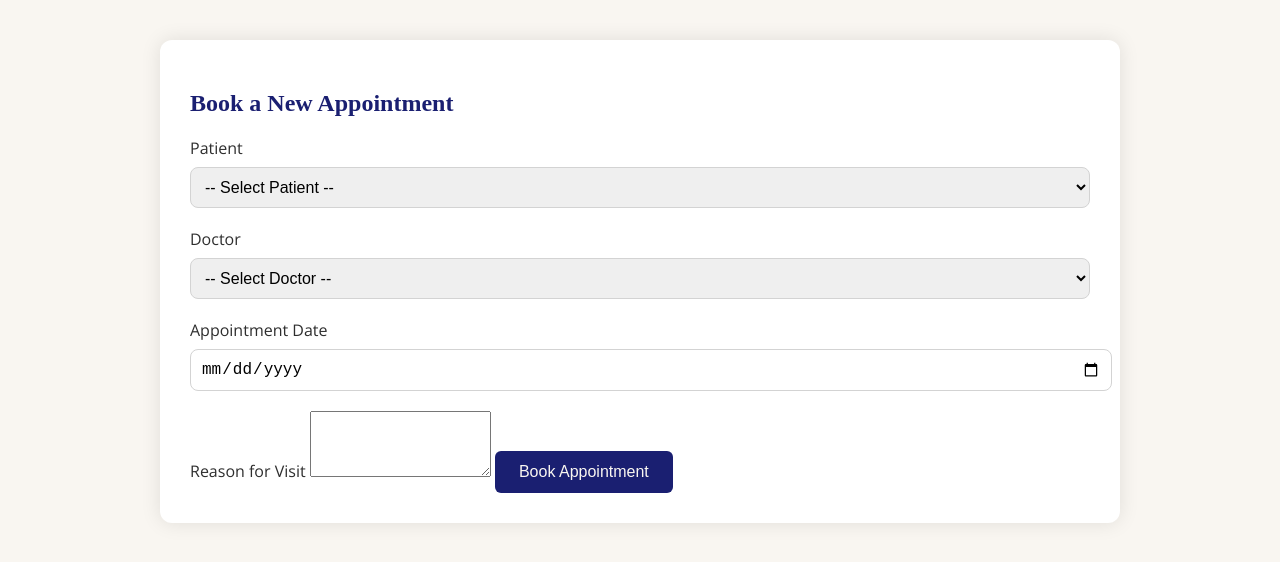
Repository: shreeshskatti/hospital_management_system
Page: http://localhost/appointments/book_appointment.php
An editor plug-in stored every save of this project. The page is shown before and after the next save, followed by the edit.
The browser window is 1280 px wide. The pictures show the whole page.
Some web fonts or font styles are not loaded; a fallback is used. The page is run by PHP 8.4 with error messages shown; the project is at /var/www/html/. The database holds what the project's SQL file puts in it.

Above is the page before, as saved 2025-05-29 20:16:29.

After the next save:
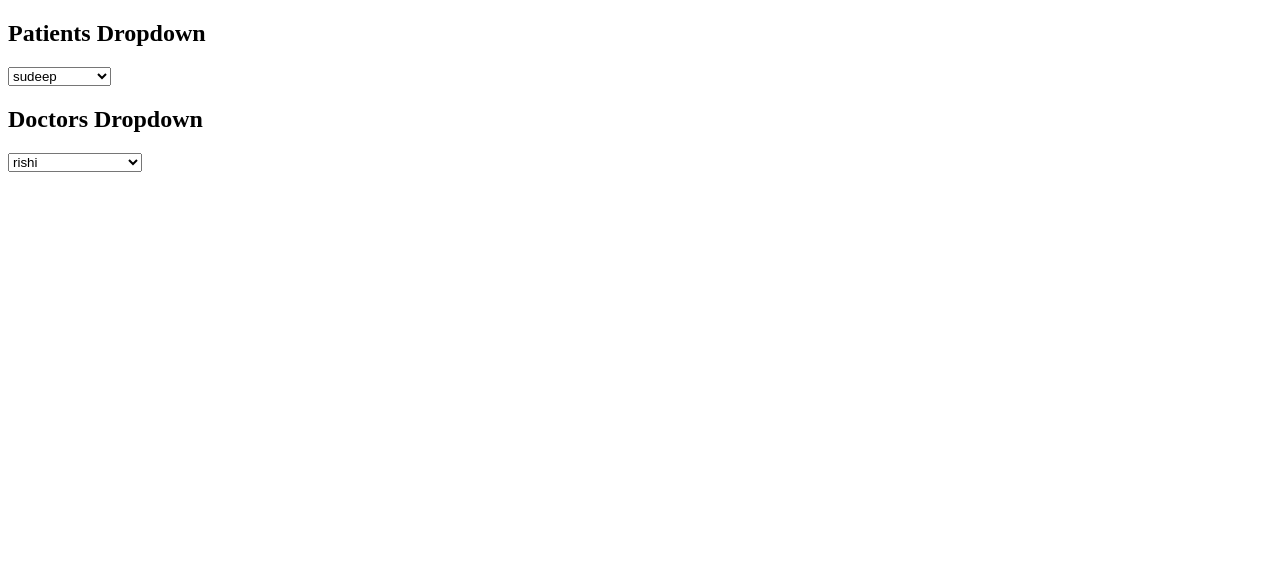
Saved 91 s later.
--- a/appointments/book_appointment.php
+++ b/appointments/book_appointment.php
@@ -1,75 +1,35 @@
 <?php
-include '../includes/db.php';  // Adjust path if needed
+include '../includes/db.php';
 
-// Fetch patients
 $patients = $conn->query("SELECT patient_id, name FROM patients");
 if (!$patients) {
     die("Error fetching patients: " . $conn->error);
 }
 
-// Fetch doctors
 $doctors = $conn->query("SELECT doctor_id, name FROM doctors");
 if (!$doctors) {
     die("Error fetching doctors: " . $conn->error);
-}
-
-if (isset($_POST['submit'])) {
-    $patient_id = $_POST['patient_id'];
-    $doctor_id = $_POST['doctor_id'];
-    $appointment_date = $_POST['appointment_date'];
-    $reason = $conn->real_escape_string($_POST['reason']);
-
-    $insert_sql = "INSERT INTO appointments (patient_id, doctor_id, appointment_date, reason)
-                   VALUES ('$patient_id', '$doctor_id', '$appointment_date', '$reason')";
-
-    if ($conn->query($insert_sql)) {
-        echo "<script>alert('Appointment booked successfully.'); window.location.href='view_appointments.php';</script>";
-        exit();
-    } else {
-        echo "Error booking appointment: " . $conn->error;
-    }
 }
 ?>
 
 <!DOCTYPE html>
 <html>
 <head>
-    <title>Book Appointment</title>
-    <link rel="stylesheet" href="../css/style.css">
+    <title>Test Dropdowns</title>
 </head>
 <body>
-<div class="container">
-    <h2>Book a New Appointment</h2>
-    <form action="" method="POST">
+<h2>Patients Dropdown</h2>
+<select>
+<?php while ($row = $patients->fetch_assoc()): ?>
+    <option value="<?php echo $row['patient_id']; ?>"><?php echo $row['name']; ?></option>
+<?php endwhile; ?>
+</select>
 
-        <label>Patient</label>
-        <select name="patient_id" required>
-            <option value="">-- Select Patient --</option>
-            <?php while ($row = $patients->fetch_assoc()): ?>
-                <option value="<?php echo $row['patient_id']; ?>">
-                    <?php echo htmlspecialchars($row['name']); ?>
-                </option>
-            <?php endwhile; ?>
-        </select>
-
-        <label>Doctor</label>
-        <select name="doctor_id" required>
-            <option value="">-- Select Doctor --</option>
-            <?php while ($row = $doctors->fetch_assoc()): ?>
-                <option value="<?php echo $row['doctor_id']; ?>">
-                    <?php echo htmlspecialchars($row['name']); ?>
-                </option>
-            <?php endwhile; ?>
-        </select>
-
-        <label>Appointment Date</label>
-        <input type="date" name="appointment_date" required>
-
-        <label>Reason for Visit</label>
-        <textarea name="reason" rows="4" required></textarea>
-
-        <button type="submit" name="submit">Book Appointment</button>
-    </form>
-</div>
+<h2>Doctors Dropdown</h2>
+<select>
+<?php while ($row = $doctors->fetch_assoc()): ?>
+    <option value="<?php echo $row['doctor_id']; ?>"><?php echo $row['name']; ?></option>
+<?php endwhile; ?>
+</select>
 </body>
 </html>
